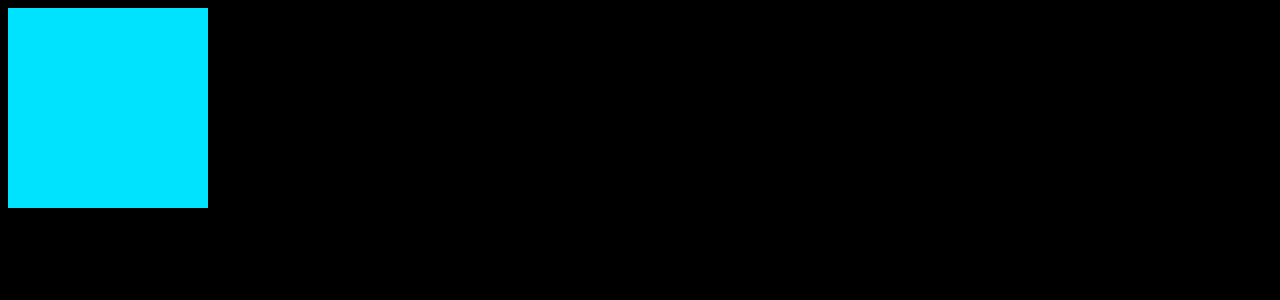
Repository: yoon-dh/JS_Prac
Page: carrot_game/index.html
These files come from the project's save history. The page is drawn as it stood at one moment and after the next save; the edit follows.
The browser window is 1280 px wide. The pictures show the whole page.

Above is the page before, as saved 2023-06-23 16:57:47.

### carrot_game/index.html
<!DOCTYPE html>
<html lang="en">
  <head>
    <meta charset="UTF-8" />
    <meta http-equiv="X-UA-Compatible" content="IE=edge" />
    <meta name="viewport" content="width=device-width, initial-scale=1.0" />
    <link rel="stylesheet" href="style.css" />
    <title>Document</title>
  </head>
  <body>
    <div class="carrot_game"></div>
  </body>
</html>

### carrot_game/style.css
body {
  background-color: black;
}

.carrot_game {
  width: 200px;
  height: 200px;
  background-image: url("img/background.png");
}

After the next save:
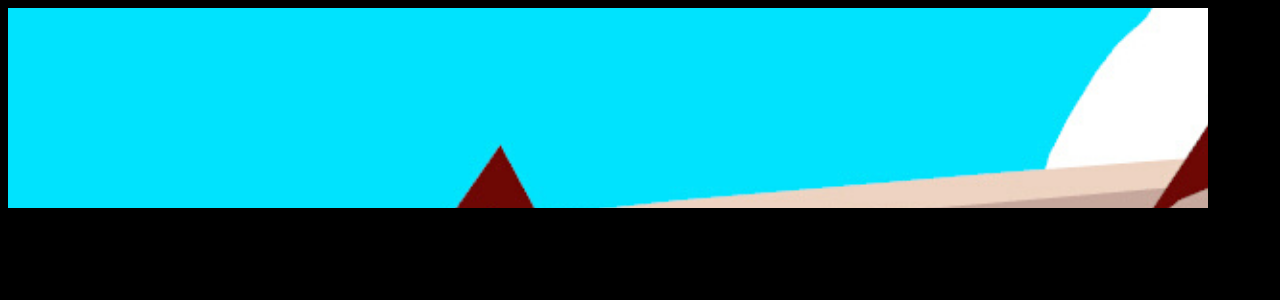
Saved 12 s later.
--- a/carrot_game/style.css
+++ b/carrot_game/style.css
@@ -3,7 +3,7 @@
 }
 
 .carrot_game {
-  width: 200px;
+  width: 1200px;
   height: 200px;
   background-image: url("img/background.png");
 }
